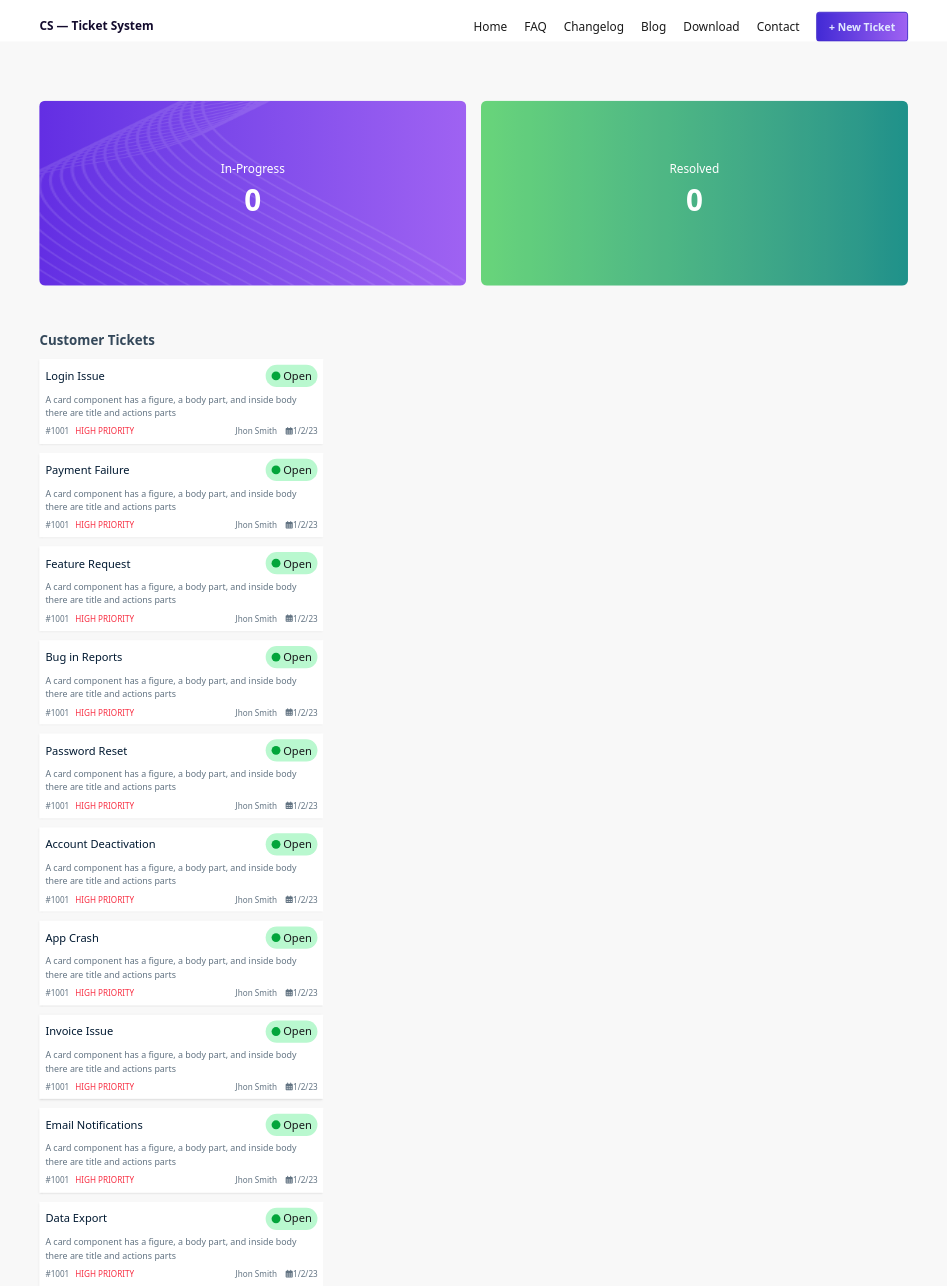
Repository: SanjidaSnigdha/Customer-Support-Zone
Page: /
An editor plug-in stored every save of this project. The page is shown before and after the next save, followed by the edit.
The browser window is 1280 px wide. The pictures show the whole page, at 74% of full size.
The project was rebuilt for these pictures with package versions that can differ from the ones it lists, and the page was loaded fresh each time. Also part of the build but not shown: vite.config.js, src/App.css.

Above is the page before, as saved 2026-03-24 04:35:31.

After the next save:
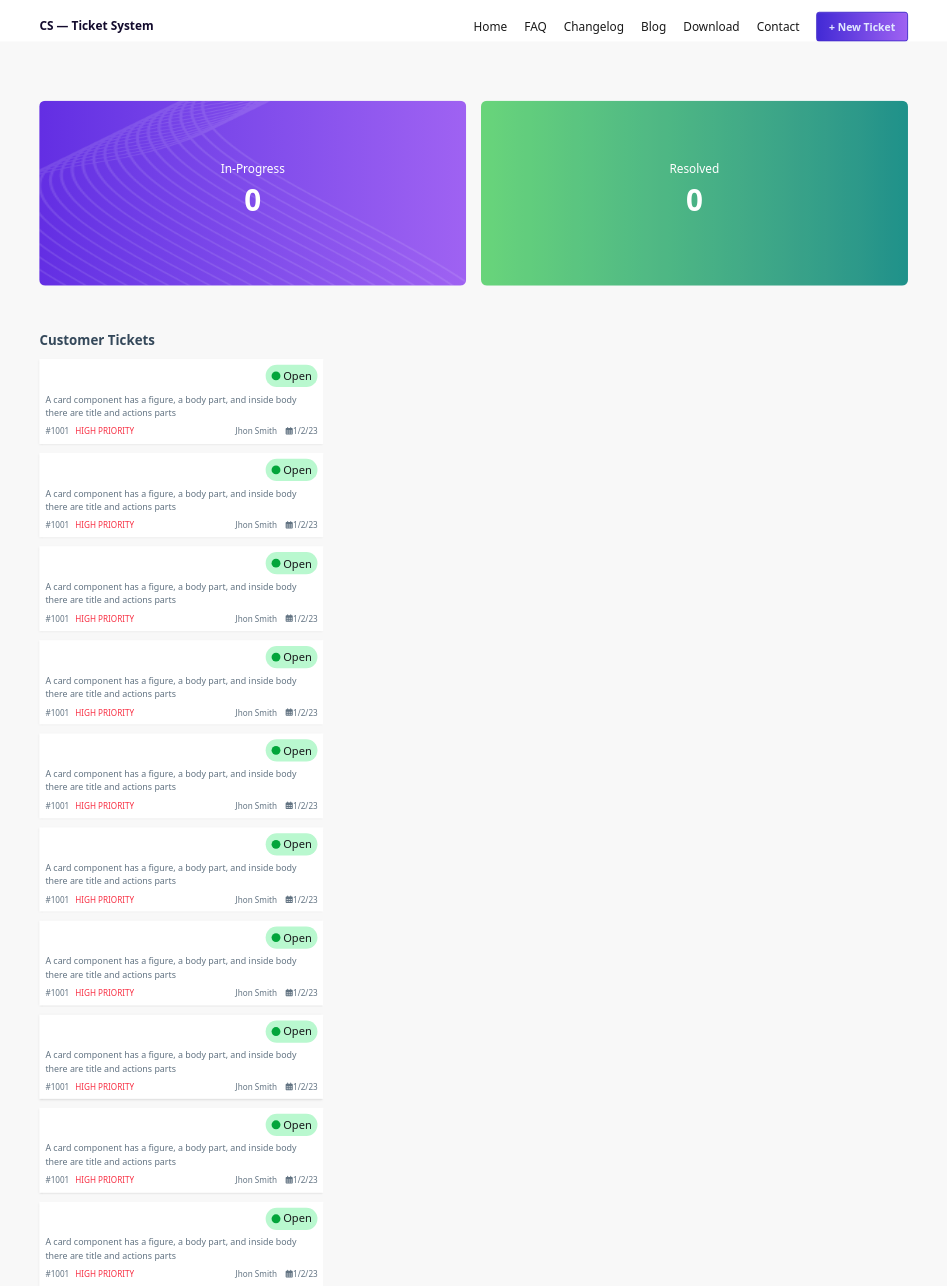
Saved 79 s later.
--- a/src/component/CustomerTickets/CustomerTickets.jsx
+++ b/src/component/CustomerTickets/CustomerTickets.jsx
@@ -15,7 +15,7 @@
               <div className="card w-96 bg-base-100 card-xs shadow-sm mt-3 rounded-none">
   <div className="card-body">
     <div className='flex justify-between'>
-     <h2 className="card-title text-[#001931] font-medium text-[15px]">{customer.title}</h2>
+     <h2 className="card-title text-[#001931] font-medium text-[15px]">{customer.customers_title}</h2>
      <button className='rounded-4xl bg-[#B9F8CF] w-[70px] h-[30px] flex items-center gap-1 p-2 font-medium text-[15px]'><span className='bg-[#02A53B] rounded-full w-3 h-3'></span>Open</button>
 
     </div>

After the 5 saves that followed:
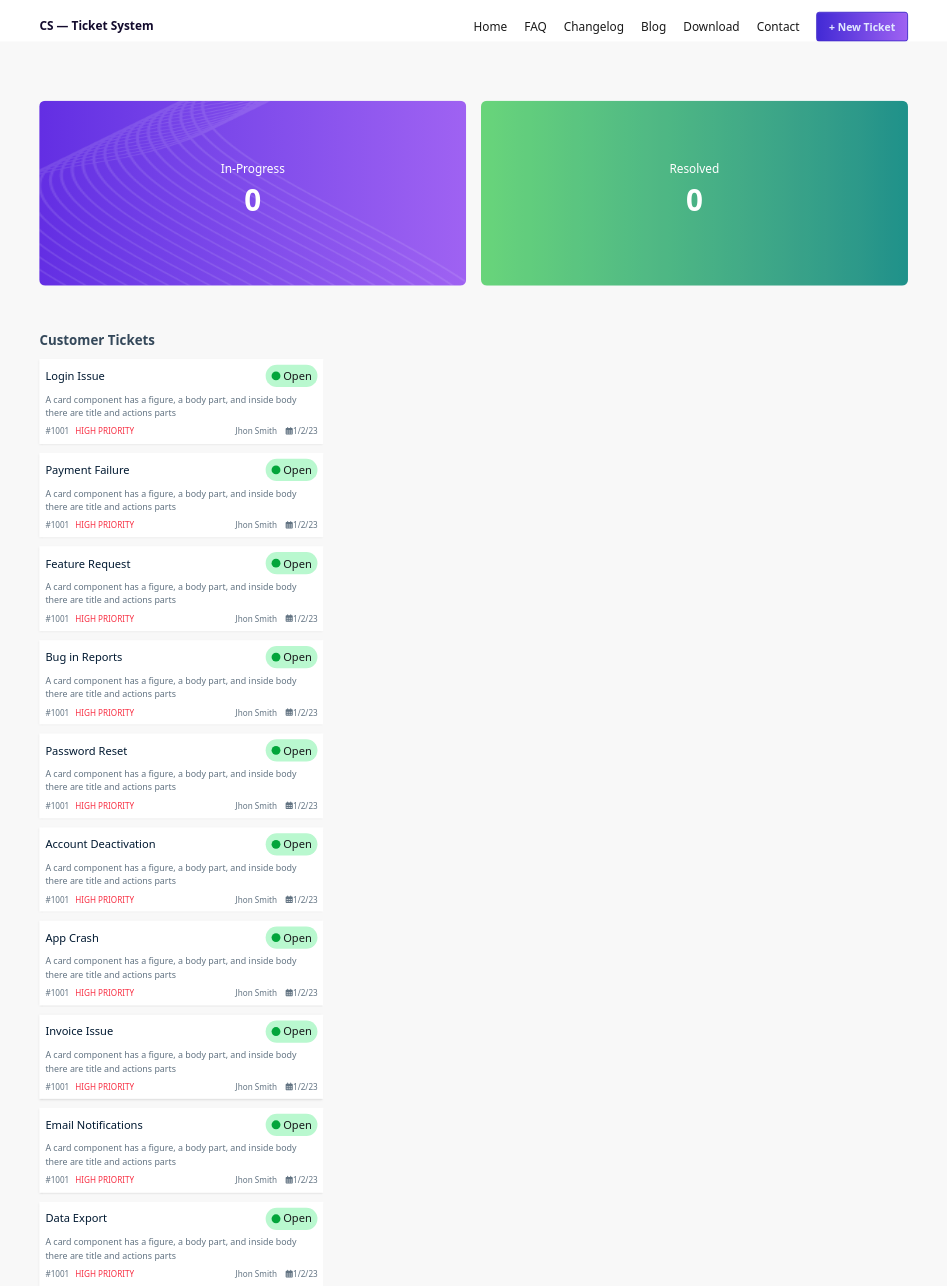
The 5 saves are shown as one change because 1 did not build or start and 3 left the picture as it was.
The last was saved 9 min 50 s later.
--- a/src/component/CustomerTickets/CustomerTickets.jsx
+++ b/src/component/CustomerTickets/CustomerTickets.jsx
@@ -15,7 +15,7 @@
               <div className="card w-96 bg-base-100 card-xs shadow-sm mt-3 rounded-none">
   <div className="card-body">
     <div className='flex justify-between'>
-     <h2 className="card-title text-[#001931] font-medium text-[15px]">{customer.customers_title}</h2>
+     <h2 className="card-title text-[#001931] font-medium text-[15px]">{customer.title}</h2>
      <button className='rounded-4xl bg-[#B9F8CF] w-[70px] h-[30px] flex items-center gap-1 p-2 font-medium text-[15px]'><span className='bg-[#02A53B] rounded-full w-3 h-3'></span>Open</button>
 
     </div>
